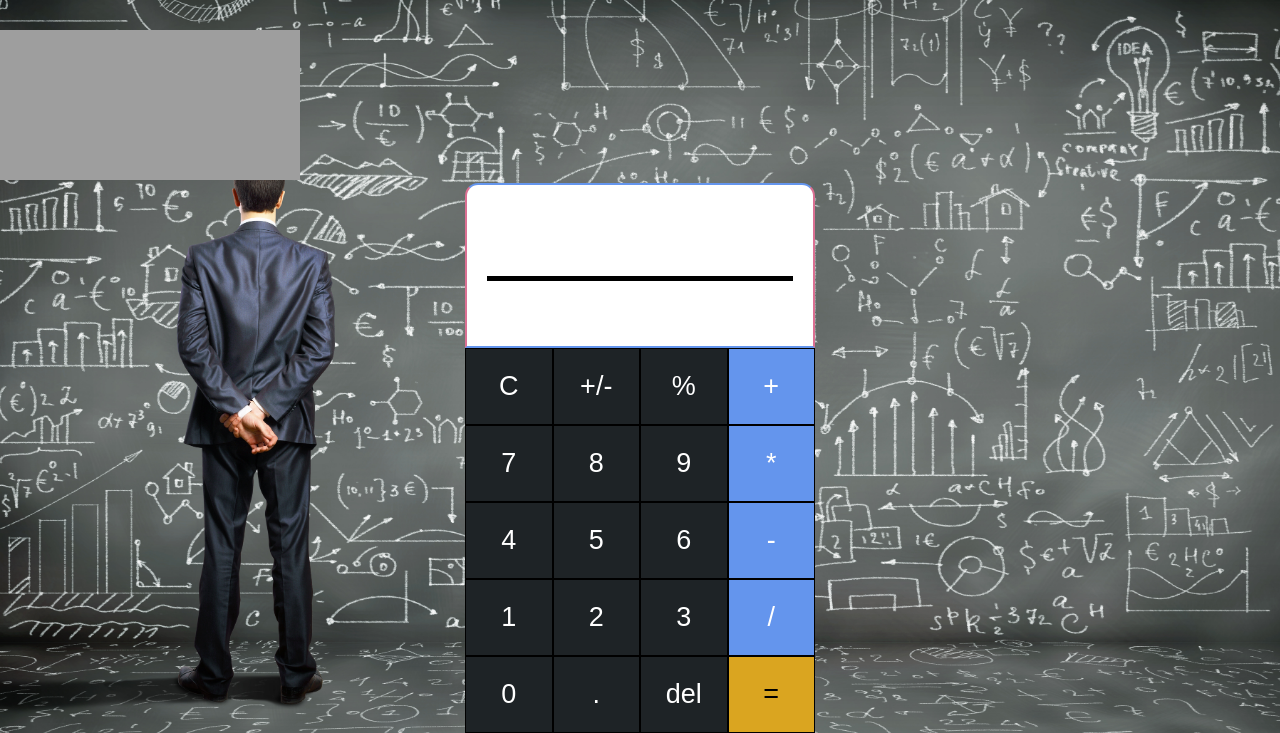
Repository: OfirLana/Calculator
Page: index.html
These files come from the project's save history. The page is drawn as it stood at one moment and after the next save; the edit follows.
The browser window is 1280 px wide. The pictures show the whole page.
Pictures or frames that could not be fetched are drawn as grey boxes.

Above is the page before, as saved 2019-03-18 18:34:06.

### index.html
<!DOCTYPE html>
<html lang="en">

<head>
    <meta charset="UTF-8">
    <meta name="viewport" content="width=device-width, initial-scale=1.0">
    <meta http-equiv="X-UA-Compatible" content="ie=edge">
    <link href="https://fonts.googleapis.com/css?family=Lato:100,300,400,700,900" rel="stylesheet">
    <title>Document</title>
    <link rel="stylesheet" href="style.css">
    <iframe width:"0" height=""
        src="http://www.youtuberepeater.com/watch?v=3FsLxCsDjZM&name=David+Bowie+Space+Oddity+Virgin+Magnetic+Material+Remix"
        frameborder="0"></iframe>
</head>

<body>

    <div class="calculator">
        <div class="output_box">
            <div class="main_output"></div>
            <div class="sub_output"></div>
        </div>


        <div class="opeartor_box">
            <button class="btn dlt">C</button>
            <button class="btn">+/-</button>
            <button class="btn ">%</button>
            <button class="btn op">+</button>
            <button class="btn">7</button>
            <button class="btn">8</button>
            <button class="btn">9</button>
            <button class="btn op">*</button>
            <button class="btn">4</button>
            <button class="btn">5</button>
            <button class="btn">6</button>
            <button class="btn op">-</button>
            <button class="btn">1</button>
            <button class="btn">2</button>
            <button class="btn">3</button>
            <button class="btn op">/</button>
            <button class="btn">0</button>
            <button class="btn">.</button>
            <button class="btn">del</button>
            <button class="btn sum">=</button>


        </div>








    </div>
    <script src="index.js"></script>
</body>

</html>

### style.css
* {
    margin: 0;
    padding: 0;
    box-sizing: border-box;
}

html {
    font-size: 62.5%;
}

body {
    font-family: "Lato", sans-serif;
    font-size: 1.6rem;
    color: #777;
    padding: 3rem 0px 0px 0px;
    /* background: cadetblue; */
    background:url(img/math2.jpg);
    background-size: cover;

}



.calculator {
    display: flex;
    flex-direction: column;
    margin: 0 auto;
    width: 35rem;
    height: 55rem;
    /* border: 1px solid red; */
    border-radius: 5px;
}

.output_box {
    display: flex;
    flex-direction: column;
    flex-basis: 30%;
    border: 2px solid cornflowerblue;
    border-radius: 13px 13px 0px 0px;
    border-right: 2px solid palevioletred;
    border-left: 2px solid palevioletred;
    width: 100%;
    justify-content: space-between;
    padding:0px 20px;
    background:white;
    color:black;
    font-size:19px;
}

.main_output {
    display: flex;
    /* border: 1px solid blue; */
    height: 9rem;
    justify-content: center;
    align-items:center;
    /* background:blue; */
  /* border:1px solid tomato; */
    width:100%;
    /* background:blue; */
    text-align:end;
    overflow: hidden;

}






.sub_output {
    display: flex;
    font-size: 4rem;
    font-weight: 700;
    /* border: 1px solid salmon; */
    height: 7rem;
    /* background:red; */

    justify-content: center;
    align-items: center;
    overflow: hidden;
    border-top:5px solid black;
    /* background:tomato; */
}

.opeartor_box{
    display:flex;
    /* flex-direction: column; */
    flex-wrap:wrap;
    width:100%;
    /* border:5px solid purple; */
    flex-basis:70%;
}

.btn{
    width:25%;
    height:20%;
    background:#1E2326;
    border: 1px solid black;
    color:white;
    font-size:27px;
    font-weight:100;
    cursor: pointer;
}

.btn:active{
    background: salmon;
    border:1px solid black;
}
.btn:hover{
    opacity:0.8;
}
.op {
    background:cornflowerblue;
}

.sum{
    background:goldenrod;
    color:black;
}

Loaded but not shown: index.js (no copy from this time; the picture is the same without it)

After the next save:
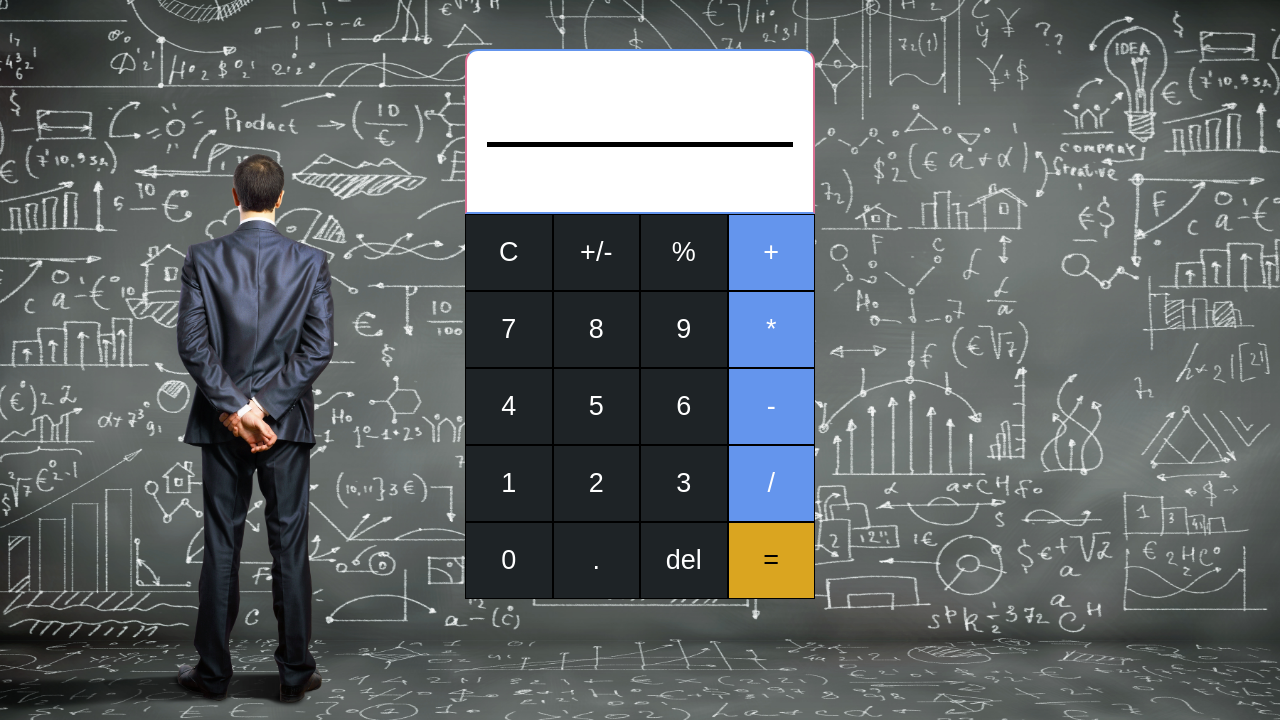
Saved 5 s later.
--- a/index.html
+++ b/index.html
@@ -8,7 +8,7 @@
     <link href="https://fonts.googleapis.com/css?family=Lato:100,300,400,700,900" rel="stylesheet">
     <title>Document</title>
     <link rel="stylesheet" href="style.css">
-    <iframe width:"0" height=""
+    <iframe width:"0" height="0"
         src="http://www.youtuberepeater.com/watch?v=3FsLxCsDjZM&name=David+Bowie+Space+Oddity+Virgin+Magnetic+Material+Remix"
         frameborder="0"></iframe>
 </head>
